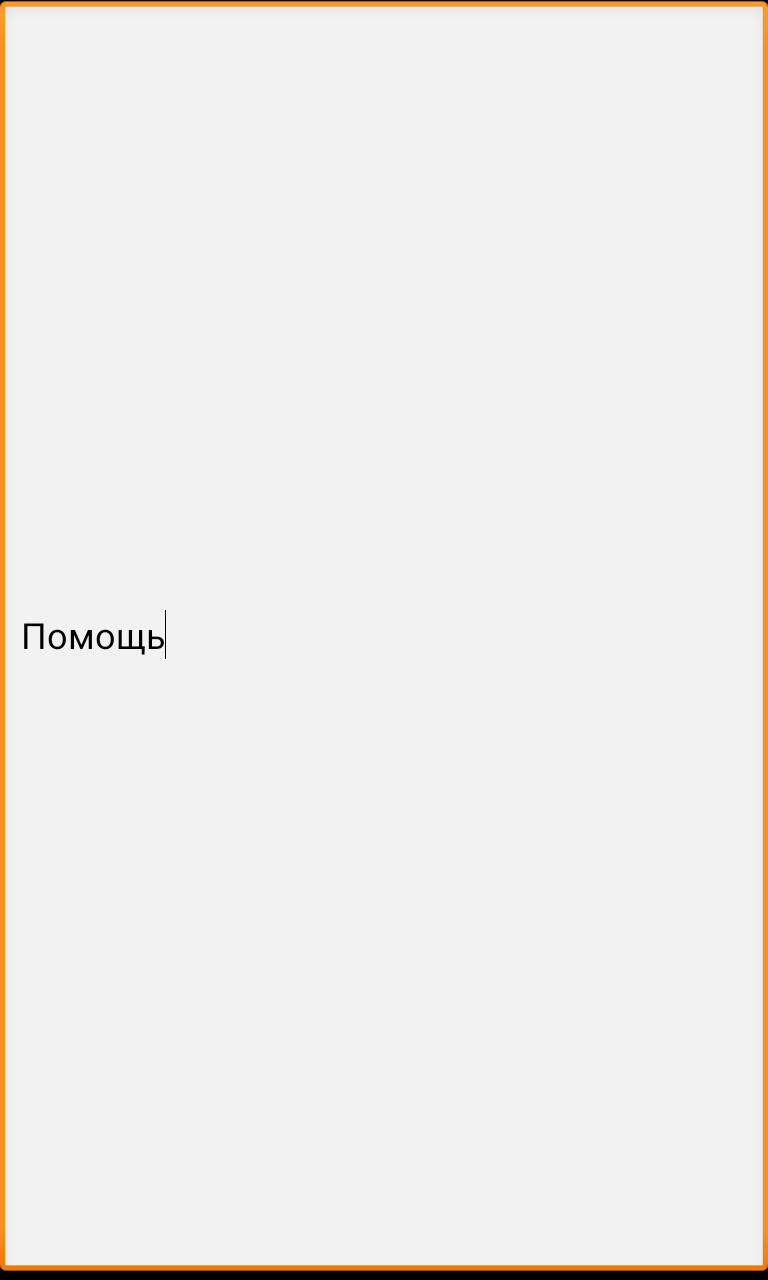
Repository: ssbayanov/panhandlerNXT
Layout: poproshaika/res/layout/help.xml
These files come from the project's save history. The layout is drawn as it stood at one moment and after the next save; the edit follows.
It is drawn on a 768 x 1280 px phone screen (xhdpi) without system bars, with theme android:Theme; the app's code is not run.

Above is the layout before, as saved 2012-11-06 06:37:54.

### poproshaika/res/layout/help.xml
<?xml version="1.0" encoding="utf-8"?>
<LinearLayout xmlns:android="http://schemas.android.com/apk/res/android"
    android:layout_width="fill_parent"
    android:layout_height="fill_parent"
    android:orientation="vertical" >

    <EditText
        android:id="@+id/content"
    	android:layout_width="fill_parent"
    	android:layout_height="fill_parent"
    	android:text="Помощь"
        android:inputType="textMultiLine" >

        <requestFocus />
    </EditText>

</LinearLayout>

### poproshaika/res/values/strings.xml
<?xml version="1.0" encoding="utf-8"?>
<resources xmlns:xliff="urn:oasis:names:tc:xliff:document:1.2">

    <string name="app_name">Управление NXT</string>

    <!--  BluetoothChat -->
    <string name="send">Send</string>
    <string name="not_connected">Устройство не подключено</string>
    <string name="bt_not_enabled">Bluetooth выключен.\n Включите его для работы</string>
    <string name="bt_enabled">Bluetooth включен</string>
    <string name="bt_not_supported">Bluetooth не поддерживается</string>
    <string name="title_connecting">Соединение&#8230;</string>
    <string name="title_connected_to">Соединение с <xliff:g id="device_name">%1$s</xliff:g></string>
    <string name="title_not_connected">Не удалось подключиться</string>
    <string name="title_connection_close">Соединение разорвоно</string>


    <!--  DeviceListActivity -->
    <string name="scanning">Сканируем устройства&#8230;</string>
    <string name="select_device">Выберите устройство для соединения</string>
    <string name="none_paired">Нет соединённых устройств</string>
    <string name="none_found">Устройства не найдены</string>
    <string name="button_scan">Найти устройства</string>
    <string name="connected_devices">Подключенные устройства</string>
    <string name="descovered_devices">Найденные устройства</string>

    <!-- Options Menu -->
    <string name="secure_connect">Подключить устройсто</string>
    <string name="run_programm">Запустить программу</string>
    <string name="disconnect">Отключить устройсто</string>
    <string name="discoverable">Сделать видимым</string>
    <string name="help">Помощь</string>

    <!-- Main Layout -->
    <string name="main_title">Программа управления NXT v1.1</string>
    <string name="robot_name">Имя робота</string>
    <string name="foward_left">↖</string>
    <string name="foward">↑</string>
    <string name="foward_right">↗</string>
    <string name="left">←</string>
    <string name="button_scan_off">Выкл</string>
    <string name="button_scan_on">Вкл</string>
    <string name="right">→</string>
    <string name="backward_left">↙</string>
    <string name="backward">↓</string>
    <string name="backward_right">↘</string>

    <!-- Preferances -->
    <string name="preferences">Настройки</string>
    <string name="summary_preferences">Общие</string>
    <string name="title_preference_show_battery">Отобразить заряд баттареи</string>
    <string name="summary_on_preference_show_battery">Отображается</string>
    <string name="summary_off_preference_show_battery">Не отображается</string>
    <string name="robot_preferences">Робот</string>
    <string name="title_preference_name_program">Имя программы</string>
    <string name="title_preference_summary_name_program">Введите имя программы которую требуется запустить на роботе</string>
    <string name="preference_edit_this_text">Имя программы</string>

    <!--  Help  -->
    <string name="help_content">
        <b>Описание</b>
        Программа управления роботом Lego Mindstorms NXT основана на отправки сообщений главной программе выполняемой на блоке.
    </string>


</resources>

After the next save:
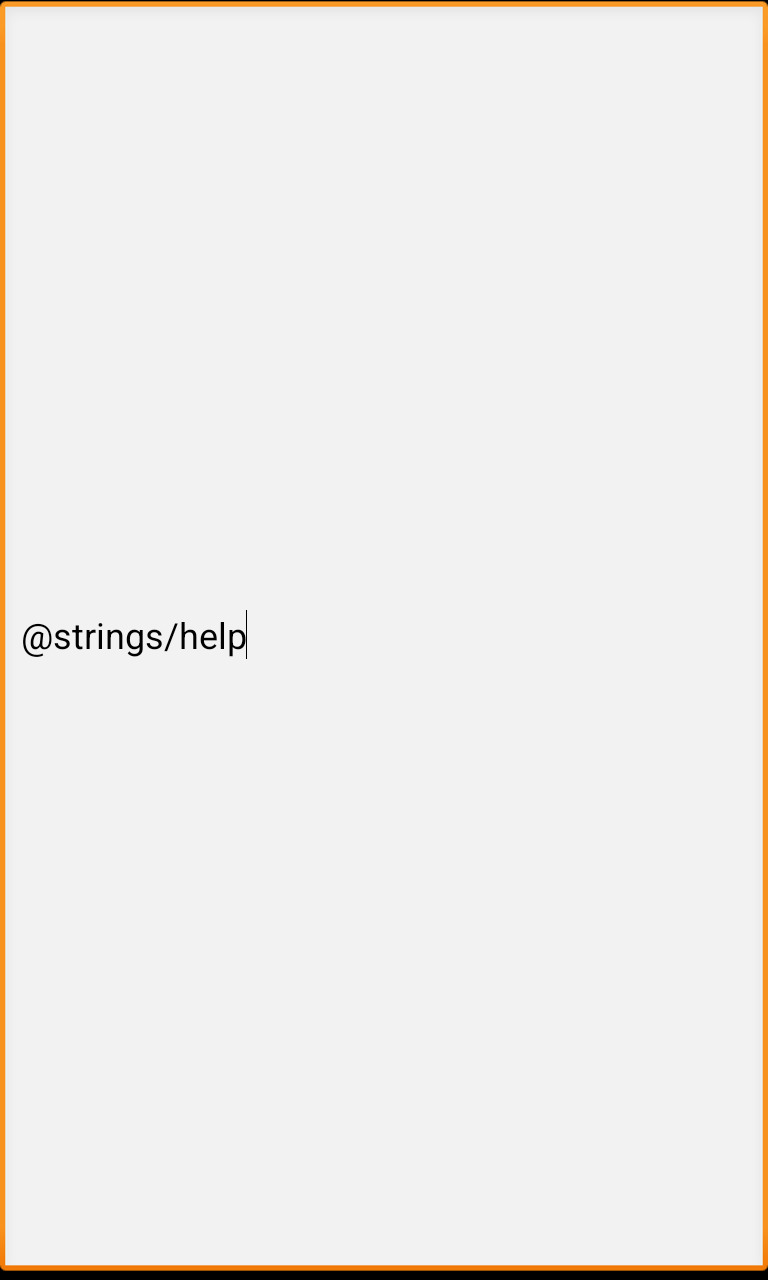
Saved 22 s later.
--- a/poproshaika/res/layout/help.xml
+++ b/poproshaika/res/layout/help.xml
@@ -8,7 +8,7 @@
         android:id="@+id/content"
     	android:layout_width="fill_parent"
     	android:layout_height="fill_parent"
-    	android:text="Помощь"
+    	android:text="@strings/help"
         android:inputType="textMultiLine" >
 
         <requestFocus />

After the save that followed:
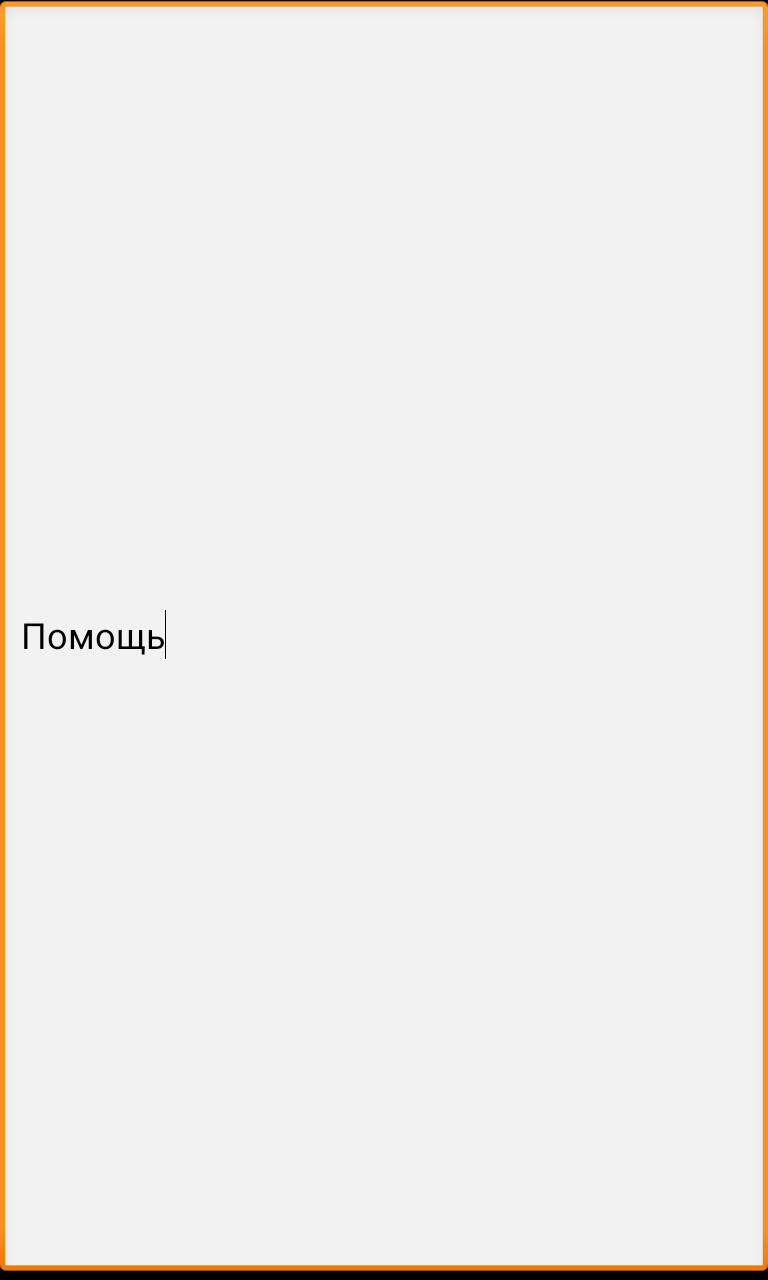
Saved 22 s later.
--- a/poproshaika/res/layout/help.xml
+++ b/poproshaika/res/layout/help.xml
@@ -8,7 +8,7 @@
         android:id="@+id/content"
     	android:layout_width="fill_parent"
     	android:layout_height="fill_parent"
-    	android:text="@strings/help"
+    	android:text="@string/help"
         android:inputType="textMultiLine" >
 
         <requestFocus />
